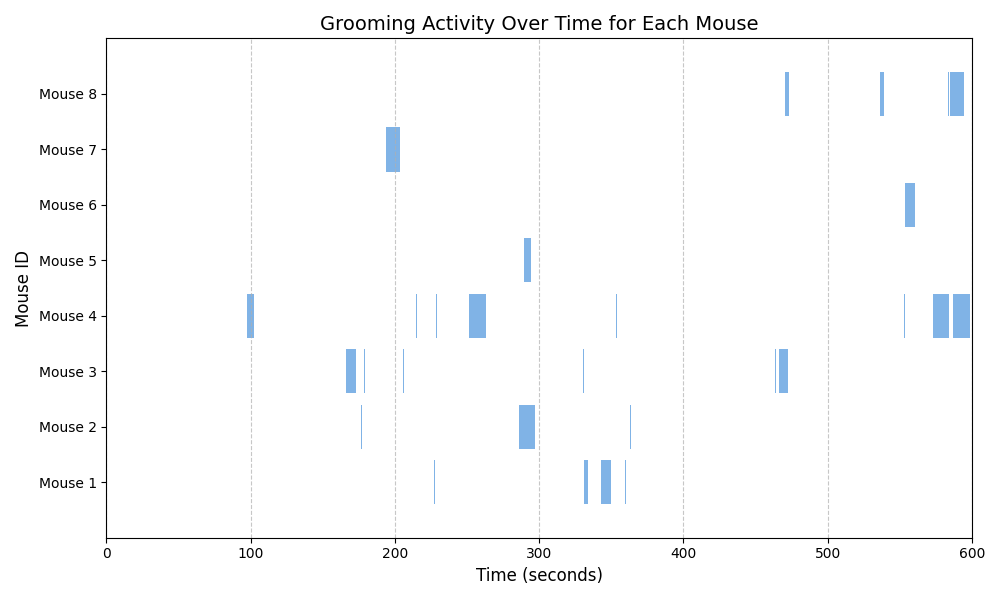
Repository: ZoharBNH5/Behavioral-Testing-Laboratory
Script's output: python check.py
These files come from the project's save history. The script's output is drawn as it stood at one moment and after the next save; the edit follows.
Random numbers start from a fixed seed. It also reads C1B_271124_new.mat, C1G_241124_new.mat, C1R_271124_new.mat, C1W_241124_new.mat, C2B_271124_new.mat, C2G_271124_new.mat, C2R_271124_new.mat, C2W_271124_new.mat.

Above is the script's output before, as saved 2024-11-29 13:34:57.

After the next save:
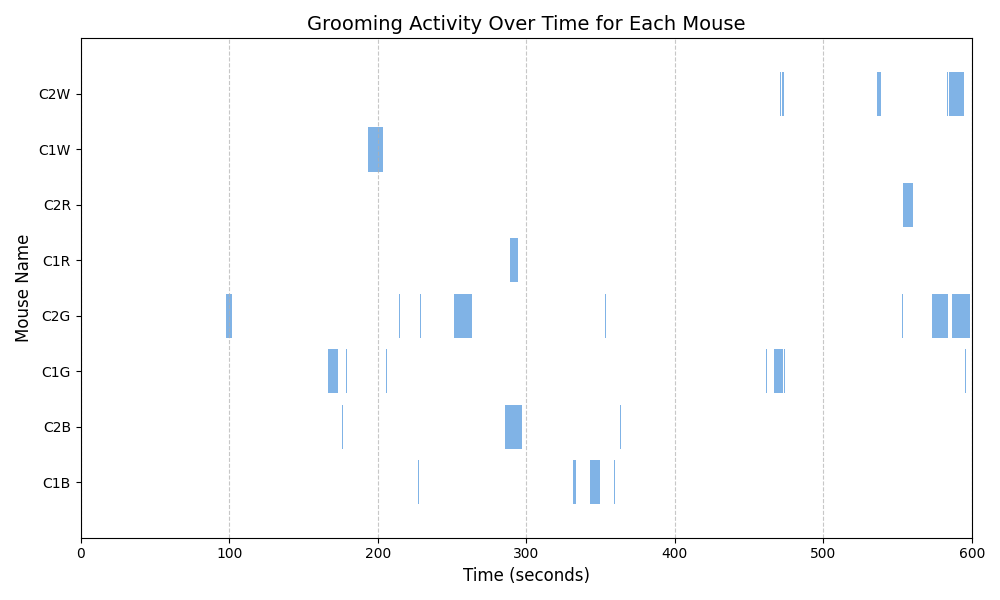
Saved 3 min 12 s later.
--- a/check.py
+++ b/check.py
@@ -1,41 +1,37 @@
 import matplotlib.pyplot as plt
 import matplotlib.patches as patches
-import numpy as np
 from scipy.io import loadmat
 
-# Load grooming data from .mat files
-data_files = [
-    'C1B_271124_new.mat',
-    'C2B_271124_new.mat',
-    'C1G_241124_new.mat',
-    'C2G_271124_new.mat',
-    'C1R_271124_new.mat',
-    'C2R_271124_new.mat',
-    'C1W_241124_new.mat',
-    'C2W_271124_new.mat'
-]
+# Load grooming data from .mat files and their corresponding names
+data_files = {
+    'C1B': 'C1B_271124_new.mat',
+    'C2B': 'C2B_271124_new.mat',
+    'C1G': 'C1G_241124_new.mat',
+    'C2G': 'C2G_271124_new.mat',
+    'C1R': 'C1R_271124_new.mat',
+    'C2R': 'C2R_271124_new.mat',
+    'C1W': 'C1W_241124_new.mat',
+    'C2W': 'C2W_271124_new.mat'
+}
 
 # Prepare grooming data
-grooming_data = []
-for file in data_files:
+grooming_data = {}
+for name, file in data_files.items():
     data = loadmat(file)
     grooming_start_stop = data.get('grooming_start_stop', None)
     if grooming_start_stop is not None:
         starts = grooming_start_stop[0]
         stops = grooming_start_stop[1]
         intervals = list(zip(starts, stops))
-        grooming_data.append(intervals)
+        grooming_data[name] = intervals
     else:
-        grooming_data.append([])  # Add empty if no data found
-
-# Number of mice
-num_mice = len(grooming_data)
+        grooming_data[name] = []  # Add empty if no data found
 
 # Create the figure
 plt.figure(figsize=(10, 6))
 
 # Loop through each mouse and plot grooming intervals
-for i, intervals in enumerate(grooming_data, start=1):
+for i, (mouse, intervals) in enumerate(grooming_data.items(), start=1):
     for start_time, end_time in intervals:
         plt.gca().add_patch(patches.Rectangle(
             (start_time, i - 0.4),  # Bottom-left corner of the rectangle
@@ -45,11 +41,11 @@ for i, intervals in enumerate(grooming_data, start=1):
         ))
 
 # Customize the plot
-plt.ylim(0, num_mice + 1)
+plt.ylim(0, len(grooming_data) + 1)
 plt.xlim(0, 600)
-plt.yticks(range(1, num_mice + 1), [f'Mouse {i}' for i in range(1, num_mice + 1)])
+plt.yticks(range(1, len(grooming_data) + 1), list(grooming_data.keys()))
 plt.xlabel('Time (seconds)', fontsize=12)
-plt.ylabel('Mouse ID', fontsize=12)
+plt.ylabel('Mouse Name', fontsize=12)
 plt.title('Grooming Activity Over Time for Each Mouse', fontsize=14)
 plt.grid(axis='x', linestyle='--', alpha=0.7)
 
